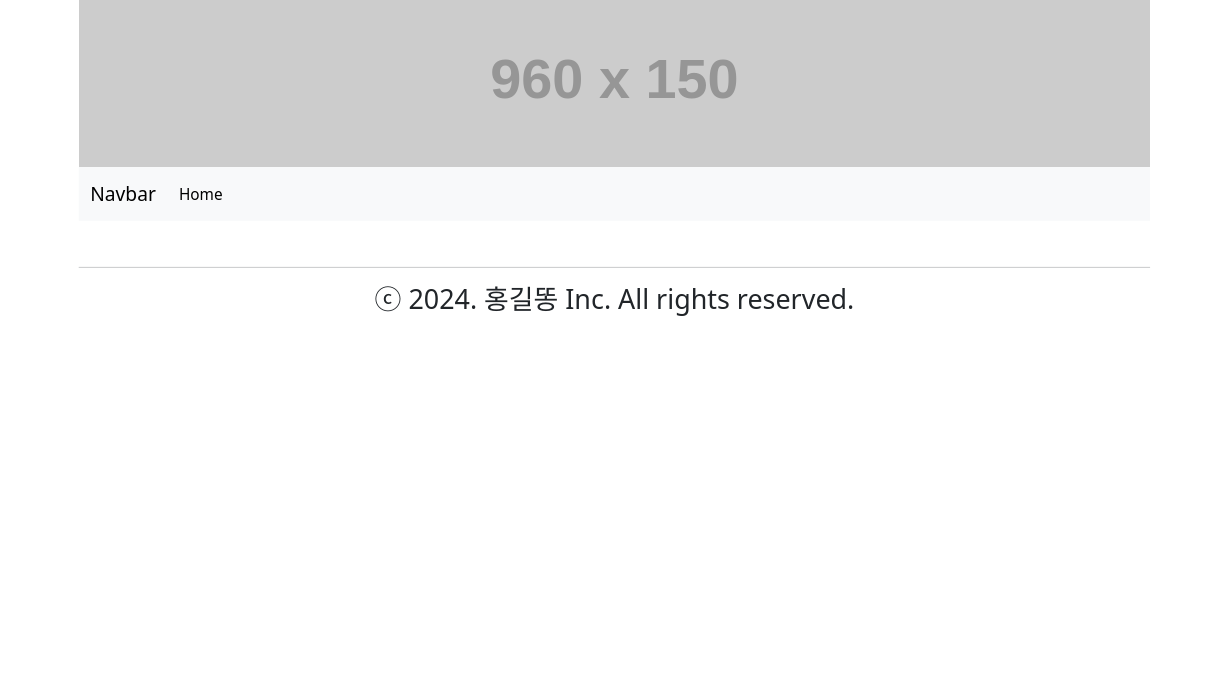
Repository: laonmiku/jsp
Page: http://localhost/ex01/
These files come from the project's save history. The page is drawn as it stood at one moment and after the next save; the edit follows.
The browser window is 1280 px wide. The pictures show the whole page, at 96% of full size.
The page is served by Tomcat 9. Other server files are loaded and not shown.

Above is the page before, as saved 2024-04-29 02:08:16.

### ex01/src/main/webapp/home.jsp
<%@ page language="java" contentType="text/html; charset=UTF-8"
    pageEncoding="UTF-8"%>
<!DOCTYPE html>
<html>
<head>
<script src="https://cdn.jsdelivr.net/npm/bootstrap@5.3.3/dist/js/bootstrap.bundle.min.js" integrity="sha384-YvpcrYf0tY3lHB60NNkmXc5s9fDVZLESaAA55NDzOxhy9GkcIdslK1eN7N6jIeHz" crossorigin="anonymous"></script>
<link href="https://cdn.jsdelivr.net/npm/bootstrap@5.3.3/dist/css/bootstrap.min.css" rel="stylesheet" integrity="sha384-QWTKZyjpPEjISv5WaRU9OFeRpok6YctnYmDr5pNlyT2bRjXh0JMhjY6hW+ALEwIH" crossorigin="anonymous">
<meta charset="UTF-8">
<title>홈페이지</title>
</head>
<body>
	<div class="container">
		<jsp:include page="top.jsp"/>
		<jsp:include page="menu.jsp"/>
		<jsp:include page="bottom.jsp"/>

	</div>

</body>
</html>

### ex01/src/main/webapp/top.jsp
<%@ page language="java" contentType="text/html; charset=UTF-8"
    pageEncoding="UTF-8"%>

<div>


   <img src="http://via.placeholder.com/960x150" width=100%>
</div>

### ex01/src/main/webapp/menu.jsp
<%@ page language="java" contentType="text/html; charset=UTF-8"
    pageEncoding="UTF-8"%>

    <nav class="navbar navbar-expand-lg bg-body-tertiary">
  <div class="container-fluid">
    <a class="navbar-brand" href="#">Navbar</a>
    <button class="navbar-toggler" type="button" data-bs-toggle="collapse" data-bs-target="#navbarNav" aria-controls="navbarNav" aria-expanded="false" aria-label="Toggle navigation">
      <span class="navbar-toggler-icon"></span>
    </button>
    <div class="collapse navbar-collapse" id="navbarNav">
      <ul class="navbar-nav">
        <li class="nav-item">
          <a class="nav-link active" aria-current="page" href="#">Home</a>
        </li>

      </ul>
    </div>
  </div>
</nav>

### ex01/src/main/webapp/bottom.jsp
<%@ page language="java" contentType="text/html; charset=UTF-8"
    pageEncoding="UTF-8"%>

<div class="text-center my-5">
	<hr>
	<h3>ⓒ 2024. 홍길똥 Inc. All rights reserved.</h3>
</div>

### ex01/src/main/java/controller/IndexServlet.java
package controller;

import java.io.IOException;

import javax.servlet.RequestDispatcher;
import javax.servlet.ServletException;
import javax.servlet.annotation.WebServlet;
import javax.servlet.http.HttpServlet;
import javax.servlet.http.HttpServletRequest;
import javax.servlet.http.HttpServletResponse;


@WebServlet("/")
public class IndexServlet extends HttpServlet {
	private static final long serialVersionUID = 1L;


	protected void doGet(HttpServletRequest request, HttpServletResponse response) throws ServletException, IOException {
		System.out.println("/.............");
		RequestDispatcher dis = request.getRequestDispatcher("/home.jsp");
		dis.forward(request, response);
	}


	protected void doPost(HttpServletRequest request, HttpServletResponse response) throws ServletException, IOException {


	}

}

### ex01/src/main/webapp/about.jsp
<%@ page language="java" contentType="text/html; charset=UTF-8"
    pageEncoding="UTF-8"%>

<div>
	<h1>회사소개</h1>>
	<h3>What is Lorem Ipsum?</h3>
	<p>
		Lorem Ipsum is simply dummy text of the printing and typesetting industry. Lorem Ipsum has been the industry's standard dummy text ever since the 1500s, when an unknown printer took a galley of type and scrambled it to make a type specimen book. It has survived not only five centuries, but also the leap into electronic typesetting, remaining essentially unchanged. It was popularised in the 1960s with the release of Letraset sheets containing Lorem Ipsum passages, and more recently with desktop publishing software like Aldus PageMaker including versions of Lorem Ipsum.
		Why do we use it?
		It is a long established fact that a reader will be distracted by the readable content of a page when looking at its layout. The point of using Lorem Ipsum is that it has a more-or-less normal distribution of letters, as opposed to using 'Content here, content here', making it look like readable English. Many desktop publishing packages and web page editors now use Lorem Ipsum as their default model text, and a search for 'lorem ipsum' will uncover many web sites still in their infancy. Various versions have evolved over the years, sometimes by accident, sometimes on purpose
	</p>
	<h3>What is Lorem Ipsum?</h3>
	<p>
		Lorem Ipsum is simply dummy text of the printing and typesetting industry. Lorem Ipsum has been the industry's standard dummy text ever since the 1500s, when an unknown printer took a galley of type and scrambled it to make a type specimen book. It has survived not only five centuries, but also the leap into electronic typesetting, remaining essentially unchanged. It was popularised in the 1960s with the release of Letraset sheets containing Lorem Ipsum passages, and more recently with desktop publishing software like Aldus PageMaker including versions of Lorem Ipsum.
		Why do we use it?
		It is a long established fact that a reader will be distracted by the readable content of a page when looking at its layout. The point of using Lorem Ipsum is that it has a more-or-less normal distribution of letters, as opposed to using 'Content here, content here', making it look like readable English. Many desktop publishing packages and web page editors now use Lorem Ipsum as their default model text, and a search for 'lorem ipsum' will uncover many web sites still in their infancy. Various versions have evolved over the years, sometimes by accident, sometimes on purpose
	</p>
</div>

After the next save:
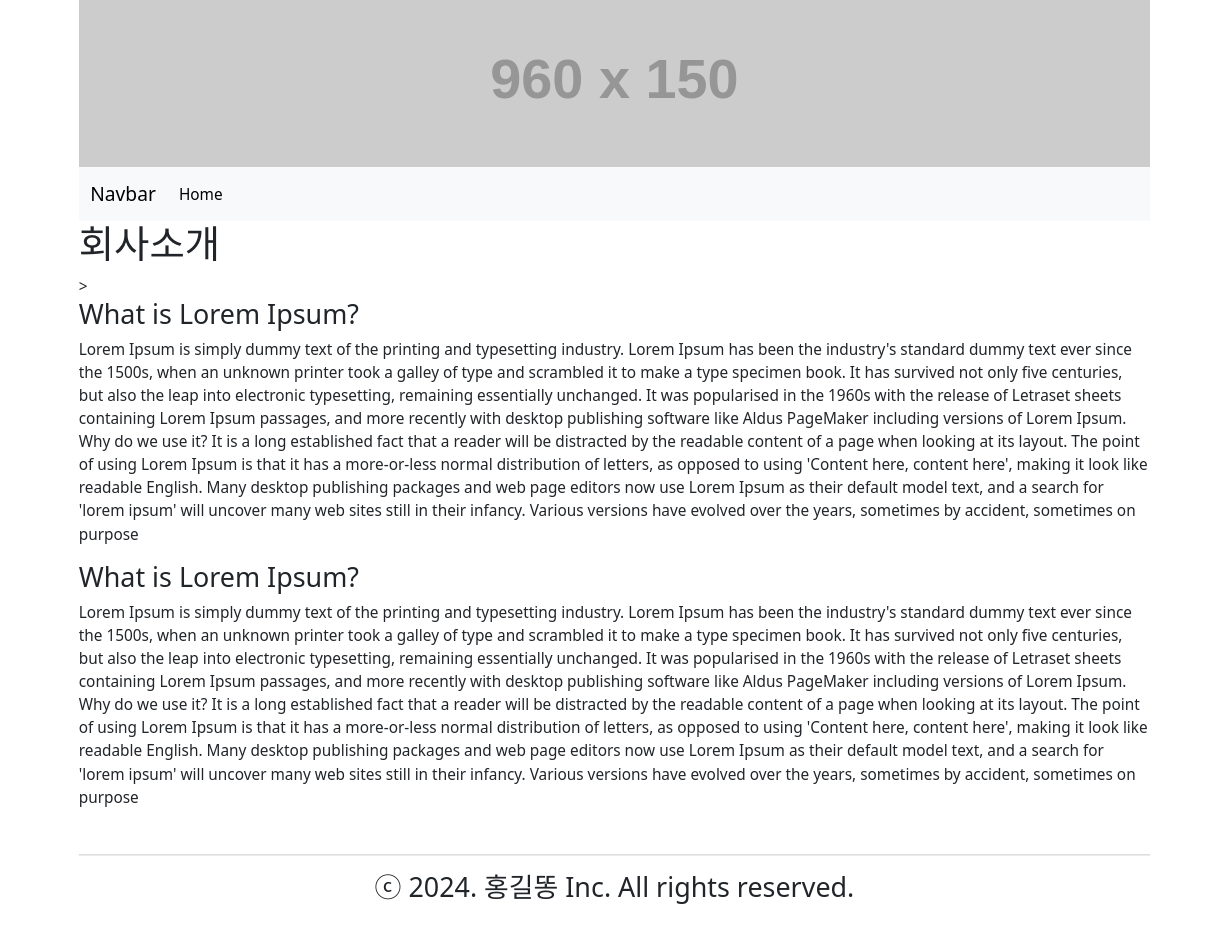
Saved 19 s later.
--- a/ex01/src/main/webapp/home.jsp
+++ b/ex01/src/main/webapp/home.jsp
@@ -12,6 +12,7 @@
 	<div class="container">
 		<jsp:include page="top.jsp"/>
 		<jsp:include page="menu.jsp"/>
+		<jsp:include page="about.jsp"/>
 		<jsp:include page="bottom.jsp"/>
 
 	</div>
